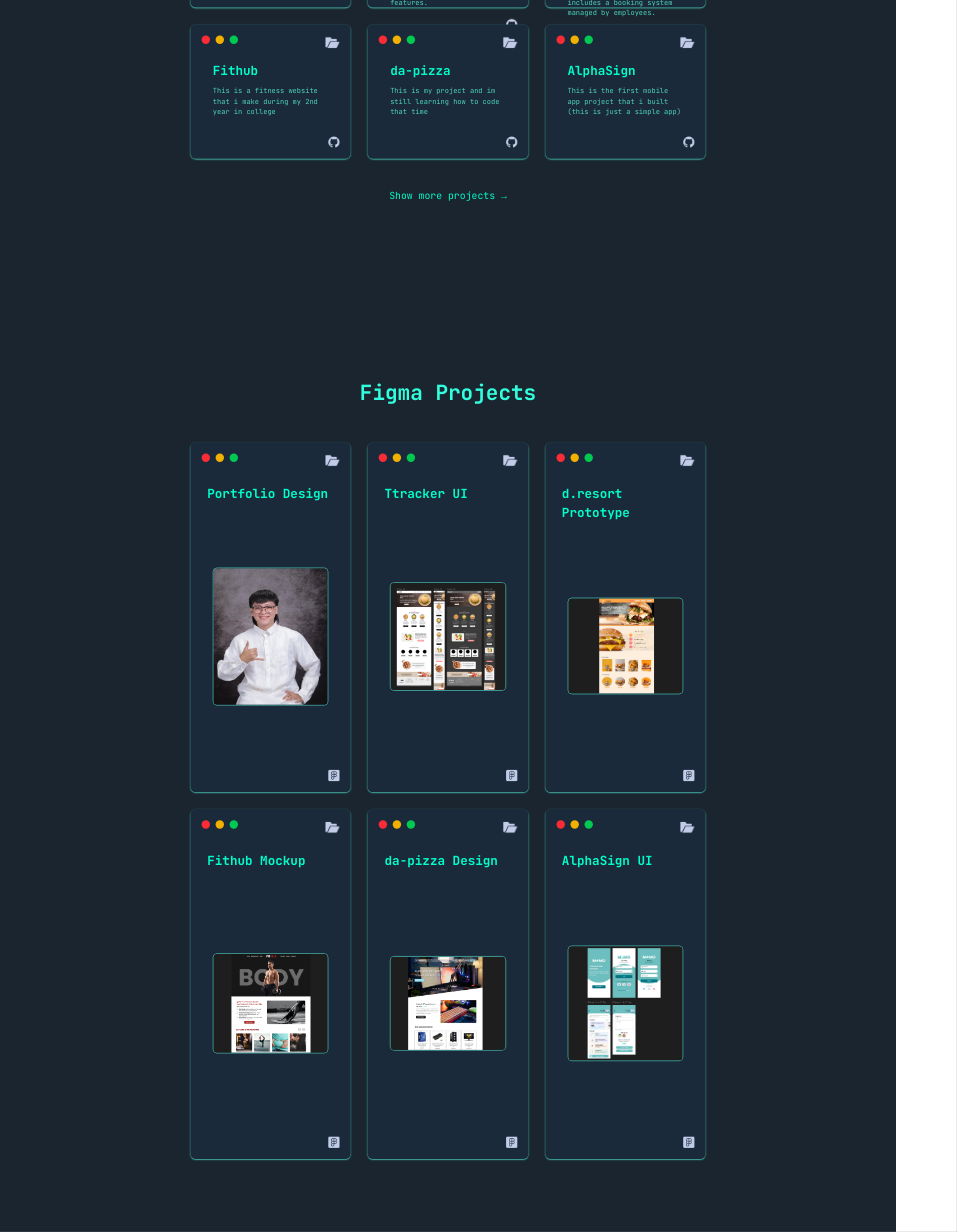
Repository: m4rsu-code/Portfolio
Page: / (app in my-portfolio/)
The author's editor kept a copy of each file at every save. The page is drawn from the files as they stood at one save, then again after the next save.
The browser window is 1280 px wide. The page is 1367 px wide, so the pictures cover 1367 px, including what lies to the right of the window. The pictures show the part of the page from y = 3157 to 4917 px (the page is 4917 px tall), at 70% of full size.
The project was rebuilt for these pictures with package versions that can differ from the ones it lists, and the page was loaded fresh each time. Also part of the build but not shown: my-portfolio/vite.config.js, my-portfolio/src/assets/components/Modal/AchievementModal.jsx, my-portfolio/src/AchievementsPage.jsx, my-portfolio/src/ProjectPage.jsx.

Above is the page before, as saved 2025-08-04 16:46:05.

After the next save:
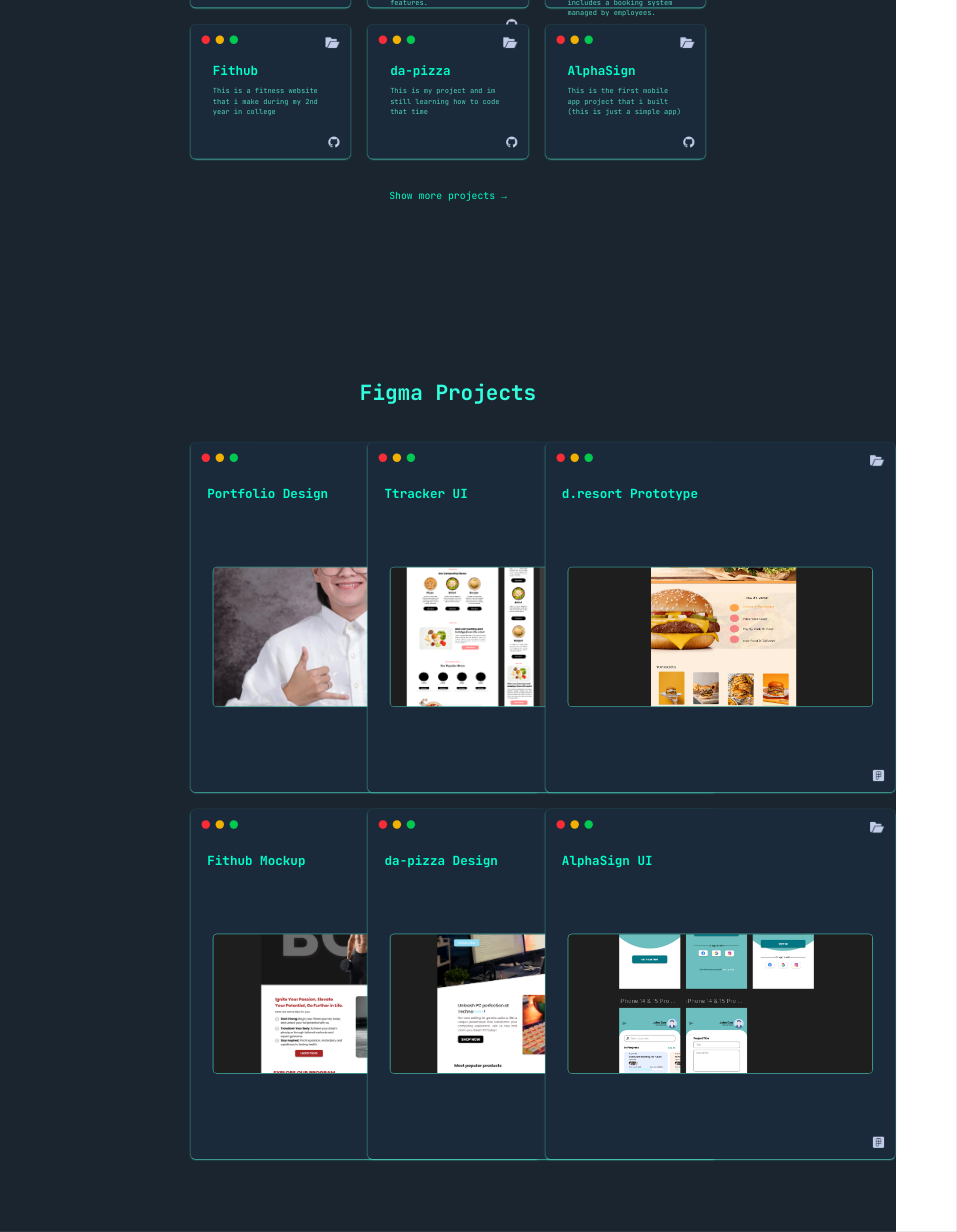
Saved 16 s later.
--- a/my-portfolio/src/App.jsx
+++ b/my-portfolio/src/App.jsx
@@ -357,7 +357,7 @@ function App() {
             {figmaProjects.map((project) => (
               <div
                 key={project.id}
-                className="bg-[#1B2A3A] rounded-lg p-4 flex flex-col h-[500px] relative group shadow-xs shadow-[#4CD2BC] cursor-pointer transform transition-transform duration-300 ease-in-out hover:-translate-y-2"
+                className="bg-[#1B2A3A] rounded-lg p-4 flex flex-col w-[500px] h-[500px] relative group shadow-xs shadow-[#4CD2BC] cursor-pointer transform transition-transform duration-300 ease-in-out hover:-translate-y-2"
               >
                 {/* Header with window controls and folder icon */}
                 <div className="flex gap-2 mb-4">
